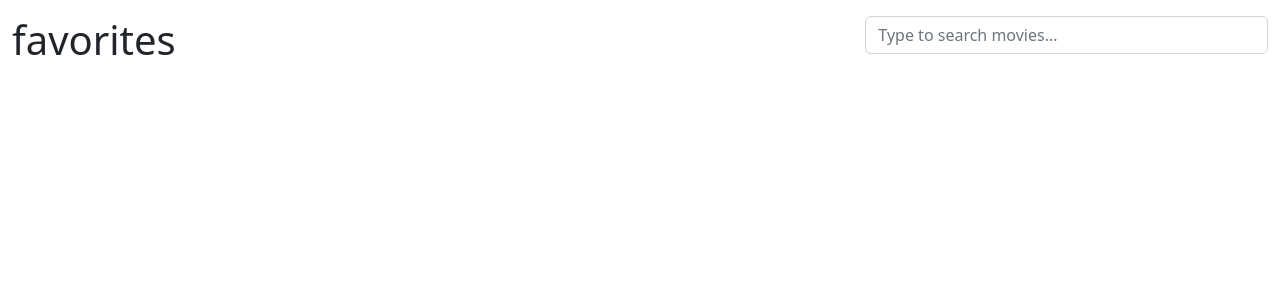
Repository: sandeepreddyvitta/react
Page: / (app in movieapp/)
An editor plug-in stored every save of this project. The page is shown before and after the next save, followed by the edit.
The browser window is 1280 px wide. The pictures show the whole page.
The page's requests for data from a server got no answer. The project was rebuilt for these pictures with package versions that can differ from the ones it lists, and the page was loaded fresh each time. No one was signed in, and anything a server would have sent is missing.

Above is the page before, as saved 2022-12-13 12:16:15.

### movieapp/public/index.html
<!DOCTYPE html>
<html lang="en">

<head>
  <meta charset="utf-8" />
  <link rel="icon" href="%PUBLIC_URL%/favicon.ico" />
  <meta name="viewport" content="width=device-width, initial-scale=1" />
  <meta name="theme-color" content="#000000" />
  <meta name="description" content="Web site created using create-react-app" />
  <link rel="apple-touch-icon" href="%PUBLIC_URL%/logo192.png" />
  <!--
      manifest.json provides metadata used when your web app is installed on a
      user's mobile device or desktop. See https://developers.google.com/web/fundamentals/web-app-manifest/
    -->
  <title>React App</title>
</head>

<body>
  <noscript>You need to enable JavaScript to run this app.</noscript>
  <div id="root"></div>

</body>

</html>

### movieapp/src/App.js

import axios from 'axios';
import './App.css'
import React, { useState, useEffect } from 'react'
import MovieList from './components/movie/MovieList';
import SearchBar from './components/movie/SearchBar';
import 'bootstrap/dist/css/bootstrap.min.css'
import MovieListHead from './components/movie/MovieListHead';

function App() {
  const [movies, setMovies] = useState([]);
  const [searchValue, setSearchValue] = useState("");
  useEffect(() => {
    const data = axios.get(`https://www.omdbapi.com/?s=star&apikey=d8df698c`);
    console.log(data);
  }, [])
  return (
    <div className='container-fluid movie-app'>
      <div className='row d-flex align-item-center mt-3 mb-5'>
        <MovieListHead heading="favorites" />
        <SearchBar searchValue={searchValue} setSearchValue={setSearchValue} />
      </div>
      <div className='row'>
        <MovieList movies={movies} />
      </div>
    </div>
  );
}

export default App;

### movieapp/src/App.css
body {
  background:#141414;
  color:white
}
.movie-app > .row{
  overflow-x: auto;
  flex-wrap: nowrap;
}
.image-container{
  position: relative;
  transition:transform 0.2s;

}
.image-container:hover{
  cursor:pointer;
  transform:scale(1.1);
}

### movieapp/src/components/movie/MovieList.js
import React from 'react'

const MovieList = (props) => {
    return (
        <div>
            {
                props.movies.map((movie, index) => (
                    <div className='image-container d-flex justify-content-start m3'>
                        <img src={movie.Poster} alt='' />
                    </div>
                ))
            }
        </div>
    )
}

export default MovieList

### movieapp/src/components/movie/SearchBar.js
import React from 'react'

const SearchBar = (props) => {
    return (
        <div className='col col-sm-4'>
            <input type="text"
                className='form-control'
                value={props.searchValue}
                onChange={e => props.setSearchValue(e.target.value)}
                placeholder="Type to search movies..." />
        </div>
    )
}

export default SearchBar

### movieapp/src/components/movie/MovieListHead.js
import React from 'react'

const MovieListHead = (props) => {
    return (
        <div className='col'>
            <h1>{props.heading}</h1>
        </div>
    )
}

export default MovieListHead

Loaded but not shown: movieapp/src/index.js (common file); movieapp/src/index.css (common file)

After the next save:
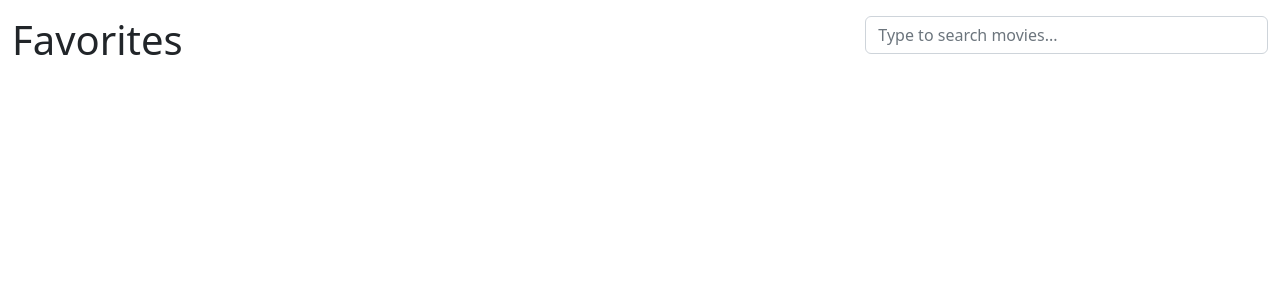
Saved 2 min 43 s later.
--- a/movieapp/src/App.js
+++ b/movieapp/src/App.js
@@ -17,7 +17,7 @@ function App() {
   return (
     <div className='container-fluid movie-app'>
       <div className='row d-flex align-item-center mt-3 mb-5'>
-        <MovieListHead heading="favorites" />
+        <MovieListHead heading="Favorites" />
         <SearchBar searchValue={searchValue} setSearchValue={setSearchValue} />
       </div>
       <div className='row'>
